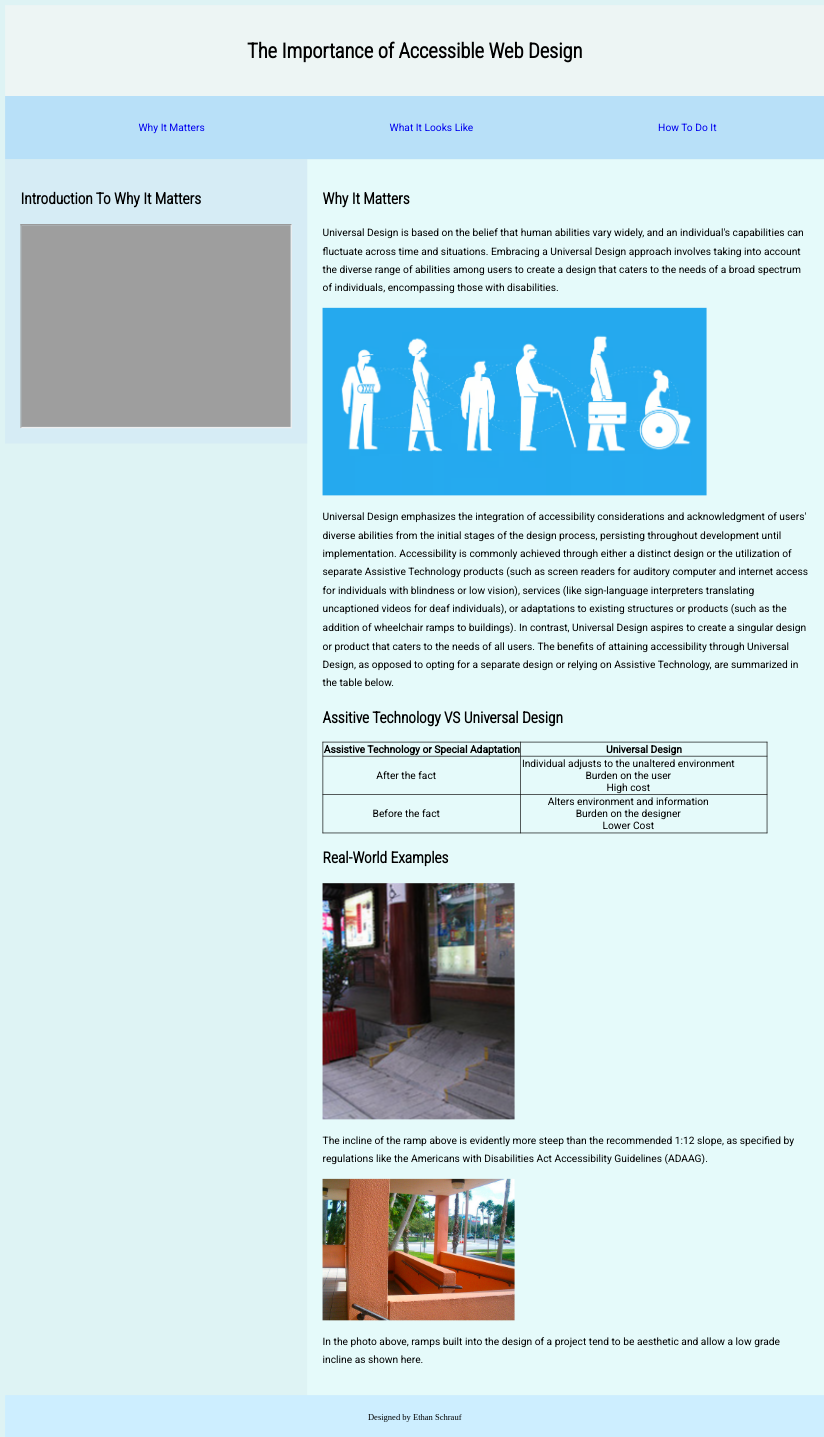
Repository: ethan-schrauf/UniversalDesignWebsite
Page: Final-Project/why.html
The author's editor kept a copy of each file at every save. The page is drawn from the files as they stood at one save, then again after the next save.
The browser window is 1280 px wide. The page is 1288 px wide, so the pictures cover 1288 px, including what lies to the right of the window. The pictures show the whole page, at 64% of full size.
Pictures or frames that could not be fetched are drawn as grey boxes.

Above is the page before, as saved 2023-11-25 00:04:28.

### Final-Project/why.html

<!DOCTYPE html>

<html lang="en">
<head>
  <meta charset="UTF-8">
  <meta name="viewport" content="width=device-width, initial-scale=1.0">
  <meta http-equiv="X-UA-Compatible" content="ie=edge">
  <title>Why Accessibility Matters</title>
  <link href="why.css" rel="stylesheet">
</head>
<body>
<div class="container">
  <header>
    <h1>The Importance of Accessible Web Design</h1>
  </header>
  <nav>
    <h2 class="sr-only">Main Navigation</h2>
    <ul>
      <li><a href="why.html">Why It Matters</a></li>
      <li><a href="what.html">What It Looks Like</a></li>
      <li><a href="how.html">How To Do It</a></li>
    </ul>
  </nav>
  <main>
    <section>
      <h2 id="Why It Matters">Why It Matters</h2>
      <p>Universal Design is based on the belief that human abilities vary widely, and an individual's capabilities can fluctuate across time and situations. Embracing a Universal Design approach involves taking into account the diverse range of abilities among users to create a design that caters to the needs of a broad spectrum of individuals, encompassing those with disabilities.</p>
      <img src="images/why-it-matters.png" alt="A diverse group of people are moving to the right."  style="width: 600px; height: auto;">
      <p>Universal Design emphasizes the integration of accessibility considerations and acknowledgment of users' diverse abilities from the initial stages of the design process, persisting throughout development until implementation. Accessibility is commonly achieved through either a distinct design or the utilization of separate Assistive Technology products (such as screen readers for auditory computer and internet access for individuals with blindness or low vision), services (like sign-language interpreters translating uncaptioned videos for deaf individuals), or adaptations to existing structures or products (such as the addition of wheelchair ramps to buildings). In contrast, Universal Design aspires to create a singular design or product that caters to the needs of all users. The benefits of attaining accessibility through Universal Design, as opposed to opting for a separate design or relying on Assistive Technology, are summarized in the table below.</p>
      <!-- TABLE -->
  <section id="Assitive-Technology-or-Special Adaptation-VS-Universal-Design">
    <h2>Assitive Technology VS Universal Design</h2>
    <table>
      <caption></caption>
      <thead>
          <tr>
              <th scope="col">Assistive Technology or Special Adaptation</th>
              <th scope="col">Universal Design</th>
          </tr>
      </thead>
      <tbody>
          <tr>
              <td>After the fact</td>
              <td>Individual adjusts to the unaltered environment<br>Burden on the user<br>High cost</td>
          </tr>
          <tr>
              <td>Before the fact</td>
              <td>Alters environment and information<br>Burden on the designer<br>Lower Cost</td>
          </tr>
      </tbody>
  </table>
  </section>
      <h2>Real-World Examples</h2>
      <img src="images/shanghai.png" alt="Wheelchair Ramp In Shanghai China"  style="width: 300px; height: auto;">
      <p>The incline of the ramp above is evidently more steep than the recommended 1:12 slope, as specified by regulations like the Americans with Disabilities Act Accessibility Guidelines (ADAAG).</p>
      <img src="images/graham-park.png" alt="Picture of Graham Park"  style="width: 300px; height: auto;">
      <p>In the photo above, ramps built into the design of a project tend to be aesthetic and allow a low grade incline as shown here.</p>
    </section>
  </main>
  <aside id="Park-Rules">
    <h2>Introduction To Why It Matters</h2>
<iframe width="420" height="315"
src="https://www.youtube.com/embed/20SHvU2PKsM?si=sPxk5s9YLsb9J-sf">
</iframe>  </aside>
  <footer>
    <small> Designed by Ethan Schrauf</small>
  </footer>

</div> <!-- end container -->
</body>
</html>

### Final-Project/why.css
@import url('https://fonts.googleapis.com/css2?family=Roboto&display=swap');
@import url('https://fonts.googleapis.com/css2?family=Roboto&family=Roboto+Condensed:wght@300&display=swap');

body {
    background: rgb(222, 243, 244);
}

/* css reset */
::before,
::after {
    box-sizing: border-box;
    padding: 0;
    margin: 0;
}

h1,
h2,
h3 {
    padding: .2em 0;
}

p {
    margin: 1.0em 0;
    line-height: 1.8em;
}

header,
nav,
main,
aside,
footer {
    padding: 1.5em;
}

header,
footer {
    text-align: center;
}

.container {
    max-width: 1500px;
    margin: 0 auto;
    /* background: rgb(243, 251, 209); */
    display: grid;
    width: 100vw;
    height: 100vh;
    grid-template-columns:
     1fr       2fr;
    grid-template-areas:
    "heady     heady"
    "navvy     navvy"
    "Park-Rules    mainy"
    "Colorado-Wildlife    mainy"
    "footy     footy";

  }

  header {grid-area: heady; background:rgb(237, 245, 244);}
nav {grid-area: navvy; background:rgb(184, 224, 248);}
main {grid-area: mainy; background: rgb(229, 250, 250); max-height: 100%;}
#Park-Rules {grid-area: Park-Rules; background: rgb(214, 236, 245);}
#Colorado-Wildlife {grid-area: Colorado-Wildlife; background: rgb(215, 241, 247);}
footer {grid-area: footy; background: rgb(205, 238, 255);}

nav ul {
    display: flex;
    flex-flow: row nowrap;
    justify-content: space-around;
    }

    nav ul li {
      list-style: none
    }

    @media screen
      and (min-width: 701px)
      and (max-width: 1000px)  {
    .container {
    grid-template-columns:
       1fr 1fr;
    grid-template-areas:
      "heady heady"
      "navvy navvy"
      "mainy mainy"
      "Park-Rules Colorado-Wildlife"
      "footy footy";
    }
    }

    @media screen
      and (max-width: 700px)  {
    .container {
    grid-template-columns:
       1fr;
    grid-template-areas:
      "heady"
      "navvy"
      "mainy"
      "Park-Rules"
      "Colorado-Wildlife"
      "footy";
    }
    nav ul {
      flex-flow: column nowrap;
      text-align: center;
    }
    nav ul li a {
      display: block;
      padding: 10px 5px;
      margin: 5px;
      background: white;

    }
    }

    p {
        font-family: 'Roboto', sans-serif;
    }

    h2,
    h1 {
        font-family: 'Roboto Condensed', sans-serif;
    }

    #park-image {
        width: 300px; /* Set the desired width in pixels */
        height: auto; /* Maintain the aspect ratio */
      }

      .sr-only {
        border: 0;
        clip: rect(0, 0, 0, 0);
        height: 1px;
        margin: -1px;
        overflow: hidden;
        padding: 0;
        position: absolute;
        white-space: nowrap;
        width: 1px;
      }

       a {
      text-decoration: none;
      font-family: 'Roboto', sans-serif;
    }

  iframe {
    display:block;
  }

  table {
    border: 2px solid rgb(0, 0, 0);
  }

  table, th, td {
    border-collapse: collapse;
    border: 1px solid rgb(0, 0, 0);
    font-family: 'Roboto', sans-serif;
    text-align: center;
  }
  td {
    border-collapse: collapse;
    padding-right: 50px;
  }

After the next save:
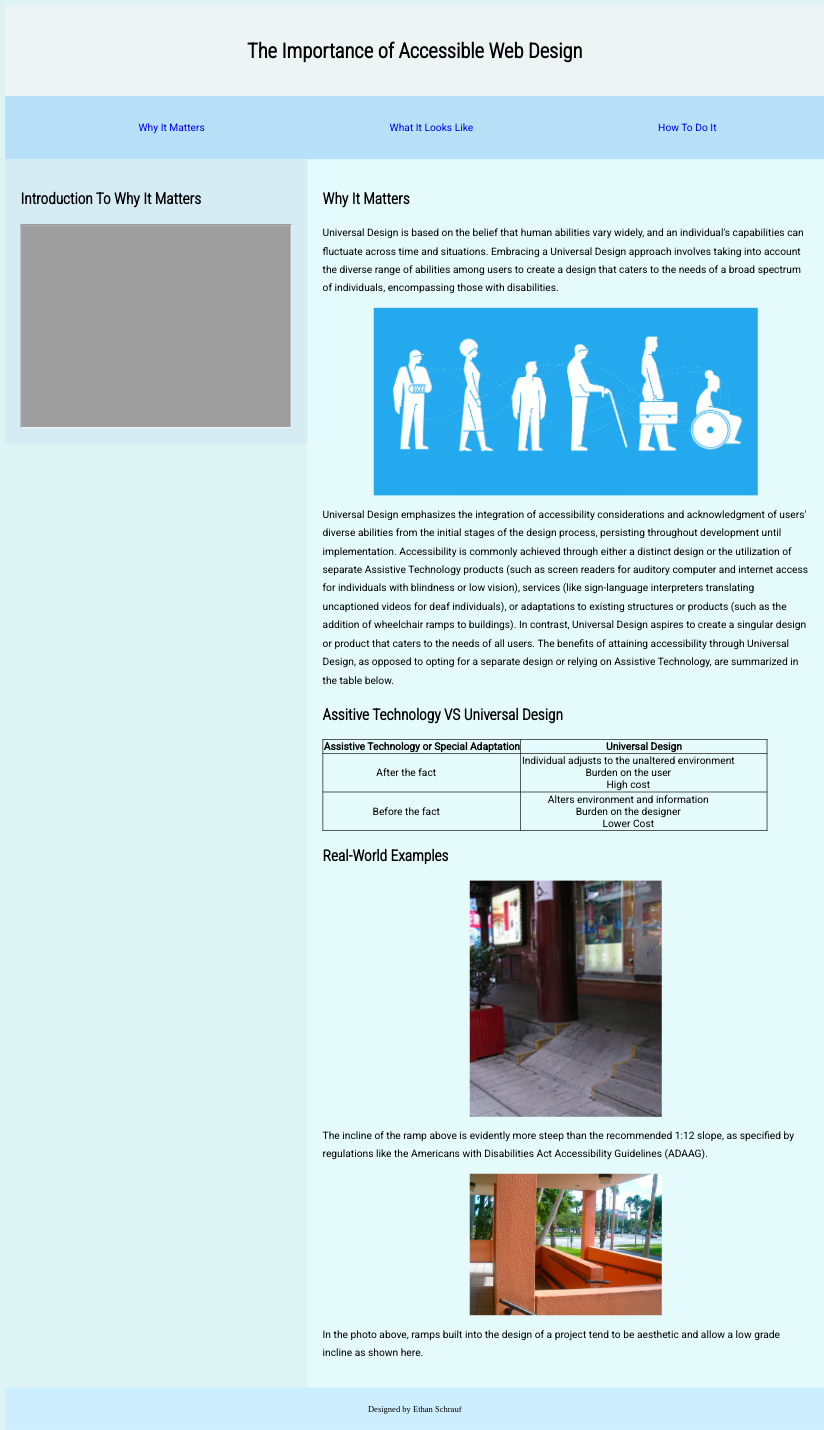
Saved 53 s later.
--- a/Final-Project/why.css
+++ b/Final-Project/why.css
@@ -162,3 +162,7 @@ nav ul {
     border-collapse: collapse;
     padding-right: 50px;
   }
+  img {
+    display: block;
+    margin: 0 auto; /* Set margin to auto to center the image horizontally */
+}
